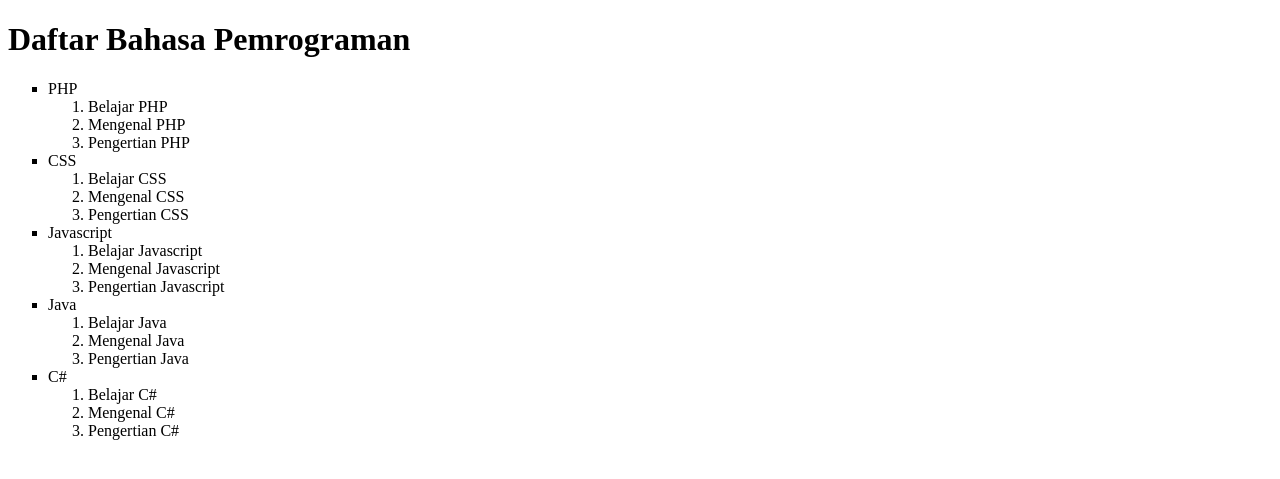
Repository: AHSANS354/tugas-sib5
Page: list.html
These files come from the project's save history. The page is drawn as it stood at one moment and after the next save; the edit follows.
The browser window is 1280 px wide. The pictures show the whole page.

Above is the page before, as saved 2023-08-18 13:35:00.

After the next save:
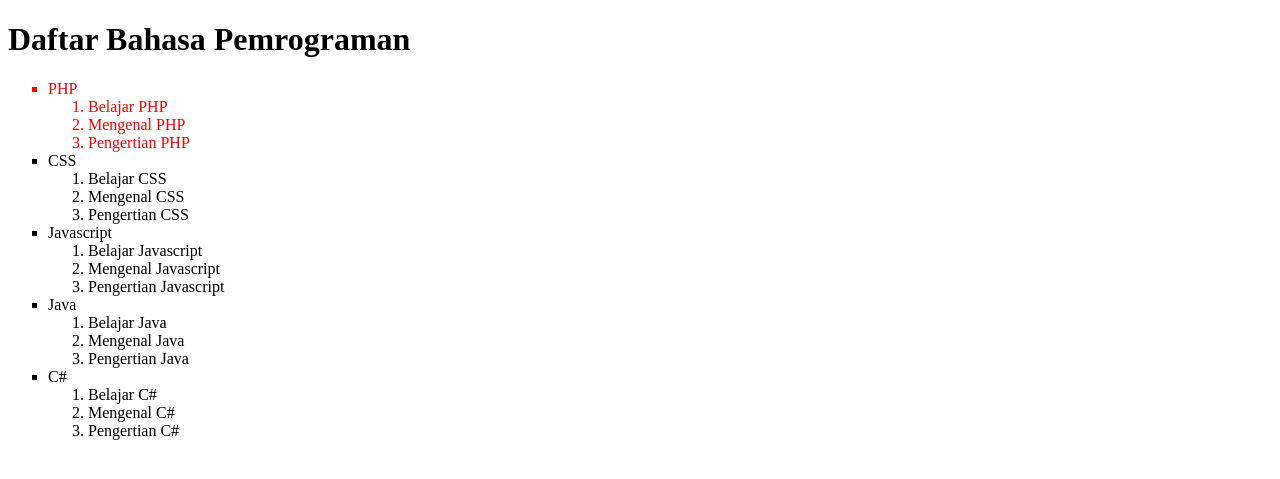
Saved 35 s later.
--- a/list.html
+++ b/list.html
@@ -8,7 +8,7 @@
   <body>
     <h1>Daftar Bahasa Pemrograman</h1>
     <ul type="square">
-      <li>
+      <li style="color: red">
         PHP
         <ol type="1">
           <li>Belajar PHP</li>
